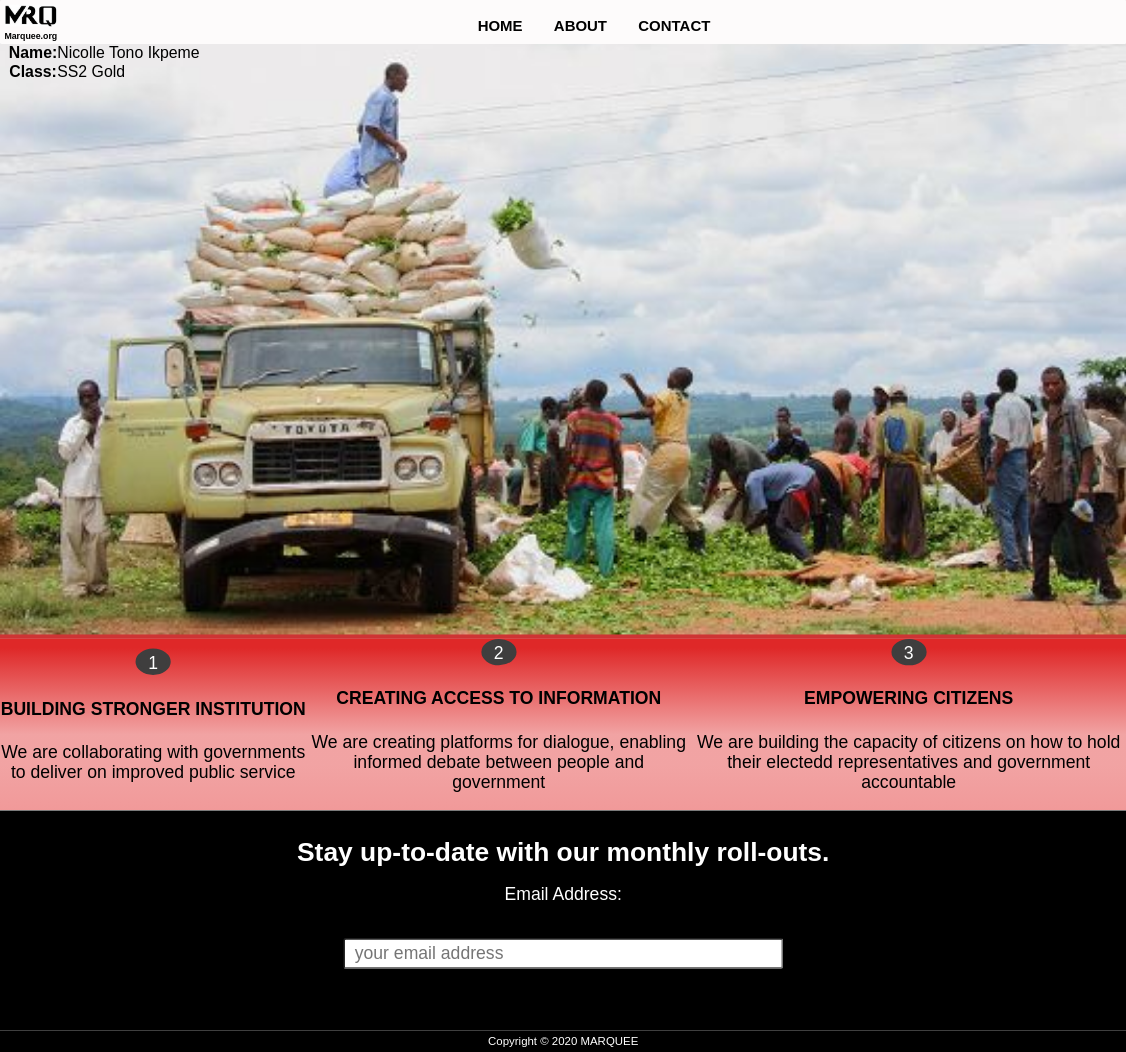
Repository: pboi18/Marquee.org
Page: home.html
An editor plug-in stored every save of this project. The page is shown before and after the next save, followed by the edit.
The browser window is 1280 px wide. The pictures show the whole page, at 88% of full size.

Above is the page before, as saved 2020-07-11 22:35:49.

### home.html
<!DOCTYPE html>
<html>
    <head>
        <meta charset="utf-8">
        <link rel="icon" type="image/png" sizes="16x16" href="img/logo.png">
        <title>Marquee</title>

        <link rel="stylesheet" href="style.css" >
        <link rel="stylesheet" href="normalize.css">


    </head>

    <body>
        <div class="main">
            <header>
                <nav>
                    <div class="navbar">
                        <div class="logo">
                            <img src="img/logo2.jpg" alt="MARQUEE" style="width: 60px; height: 25px;">
                            <p style="font-weight:bold; font-size: x-small; margin: 0px;">Marquee.org</p>
                        </div>



                        <ul class="main-nav">
                            <li>
                                <a href="home.html">
                                    Home
                                </a>
                            </li>

                            <li>
                                <a href="about.html">
                                    ABOUT
                                </a>
                            </li>

                            <li>
                                <a href="contact.html">
                                    CONTACT
                                </a>
                            </li>

                        </ul>

                        <table class="id">
                            <tr >
                                <th>Name:</th>
                                <td> Nicolle Tono Ikpeme</td>
                            </tr>

                            <tr>
                                <th>Class:</th>
                                <td> SS2 Gold</td>
                            </tr>

                        </table>
                    </div>
                </nav>

                <div style="background-color: rgb(206, 52, 52)">
                    <img src="img/home.jpg" alt="Farmers" style="width: 100%; margin: 0px; height: 100%;">
                </div>

                <table class="wup">
                    <tr>
                        <td style="width: auto;">
                            <div class="cover">
                                <p class="numb">1</p>
                                <h4 style="text-align: center;  ;">BUILDING STRONGER INSTITUTION</h4>
                                <p style="text-align: center; font-size: 20px; ">We are collaborating with governments to deliver on improved public service</p>
                            </div>
                        </td>

                        <td style="width: auto;">
                            <div class="cover">
                                <p class="numb">2</p>
                                <h4 style="text-align: center;">CREATING ACCESS TO INFORMATION</h4>
                                <p style="text-align: center; font-size: 20px;">We are creating platforms for dialogue, enabling informed debate between people and government</p>
                            </div>
                        </td>

                        <td style="width: auto;">
                            <div class="cover">
                                <p class="numb">3</p>
                                <h4 style="text-align: center;">EMPOWERING CITIZENS</h4>
                                <p style="text-align: center; font-size: 20px;">We are building the capacity of citizens on how to hold their electedd representatives and government accountable</p>
                            </div>
                        </td>
                    </tr>
                </table>
            </header>

            <section>
                <div class="sec">
                    <h2 style="color: white; padding-top: 30px; padding-bottom: 10px; margin: 0;">Stay up-to-date with our monthly roll-outs.</h2>

                    <form style="text-align: center;">
                    <label style="color: white;">Email Address:</label><br>
                    <input type="email" name="email" placeholder="  your email address" style=" width: 500px; border-radius: 3px; margin: 5px auto;" required><br><br>
                    <button type="submit" value="SIGN UP" name="sign up" style="box-sizing: border-box; padding: 5px 10px; border: 10px 3px;
                    margin: 20px;"></button>
                    </form>
                </div>
            </section>

            <footer>
                <P style="color: white; text-align: center; margin: auto; font-size: small; padding: 5px;">
                    Copyright &copy; 2020 MARQUEE
                </P>
            </footer>
        </div>
    </body>
</html>

### style.css
* {
    margin: o;
    padding: 0;
    box-sizing: border-box;
}

html {
    background-color: #fff;
    max-width: 100%;
    font-size: 20px;
    font-weight: 300;
    font-family: Arial, Helvetica, sans-serif;
    text-rendering: optimizeLegibility;
}



h1 {
    margin: 0;
}

label {
    display: block;
    padding: 10px;
}

input {
    display: block;
    width: 100%;
    height: 35px;
}

button {
    display: block;
}

/* header {
    background-image: linear-gradient( rgba(0, 0, 0, 0.4), rgba(0, 0, 0, 0.4)), url(img/home.jpg);
    height: 100vh;
    background-size: cover;
    background-position: center;
} */


.logo {
    height: 40px;
    width: 60px;
    float: left;
    margin: 5px;
}

.main-nav {
    list-style: none;
    margin: auto;
    margin-top: 10px;
    text-align: center;


}

.main-nav li {
    display: inline-block;
    margin: 10px 15px;
    font-size: 85%;

}

.main-nav li a:link,
.main-nav li a:visited {
    color: #000;
    text-decoration: none;
    text-transform: uppercase;
    font-weight: bold;
    padding: 3px 0px;
    border-bottom: 3px solid transparent;
    transition: border-bottom 0.2s;
}

.main-nav li a:hover,
.main-nav li a:active {
    border-bottom: 3px solid rgb(158, 0, 0);
}
.id {
    display: inline;
    padding: 10px;
    font-size: 90%;
}

.navbar {
    height: 50px;
    width: 100%;
    display: inline-block;
    border-radius: 2px;
    box-shadow: 0px 3px -1px 2px rgb(190, 189, 189);
    position: fixed;
    background-color: rgb(253, 251, 251);
}

.navbar2 {
    height: 60px;
    width: 100%;
    display: inline-block;
    border-radius: 2px;
    box-shadow: 1px 1px 3px 2px rgb(20, 20, 20);
    /* position: fixed; */
    background-color: rgb(253, 251, 251);
}

.numb {
    border: solid 5px rgb(63, 62, 62);
    text-align: center;
    width: 40px;
    height: 30px;
    align-self: center;
    border-radius: 50%;
    margin: auto;
    background-color: rgb(63, 62, 62);
    color: white;
}
.wup {
    padding-top: 10px;

    background: linear-gradient(180deg, #DF2828 5.21%, rgba(223, 40, 40, 0.427083) 55.73%, rgba(223, 40, 40, 0.427083) 64.06%, rgba(223, 40, 40, 0.427083) 73.44%, rgba(222, 17, 17, 0.427083) 100%, rgba(170, 77, 77, 0) 100%);
}

.cover {
    border-radius: 5px;
    margin: auto;
}

.sec {
    background-color: black;
    height: 250px;
    width: 100%;
    text-align: center;
}



main {
    /* width: 1000px; */
    margin: auto;
}

.con {
    width: 90%;
    margin: auto;
    ;

}
.contact {
    text-align: center;
    margin: auto;
    margin-bottom: 50px;
}
.image {
    width: 550px;
    height: 500px;
    float: left;
}

.form2 {
    float: right;
    text-align: left;
    font-size: 85%;
    font-weight: bold;
}

footer {
    background-color: #000;
}

Loaded but not shown: normalize.css (library)

After the next save:
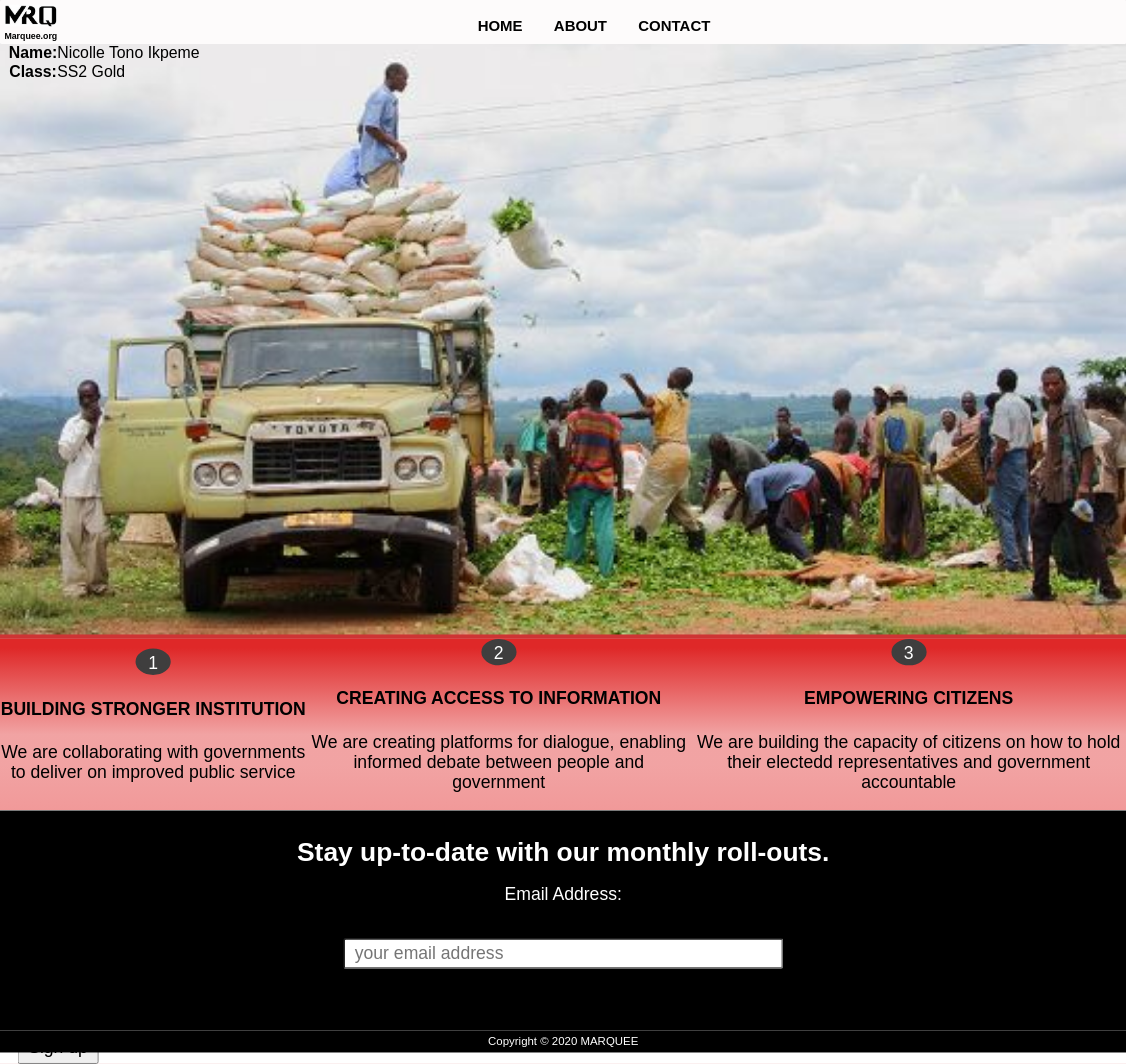
Saved 22 s later.
--- a/home.html
+++ b/home.html
@@ -100,7 +100,7 @@
                     <label style="color: white;">Email Address:</label><br>
                     <input type="email" name="email" placeholder="  your email address" style=" width: 500px; border-radius: 3px; margin: 5px auto;" required><br><br>
                     <button type="submit" value="SIGN UP" name="sign up" style="box-sizing: border-box; padding: 5px 10px; border: 10px 3px;
-                    margin: 20px;"></button>
+                    margin: 20px;">Sign up</button>
                     </form>
                 </div>
             </section>
